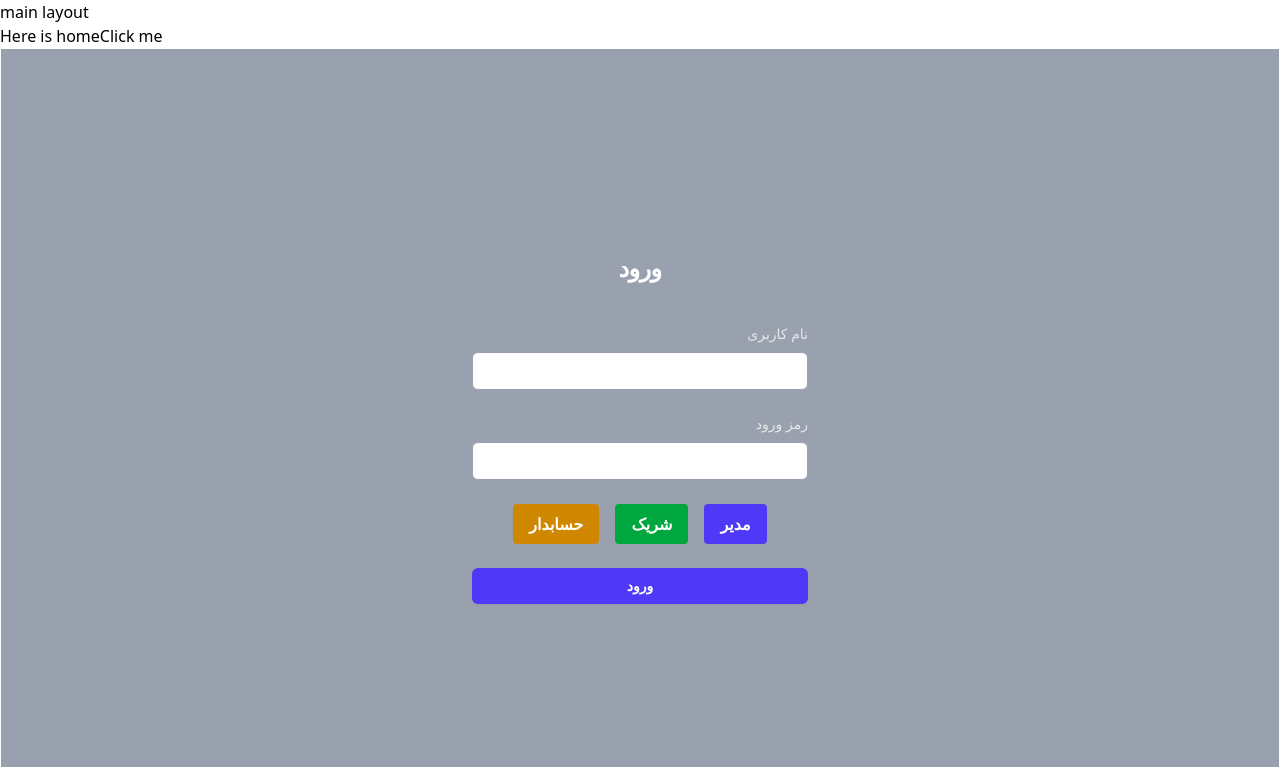
Repository: fuad303/karokhy-frontend
Page: /
These files come from the project's save history. The page is drawn as it stood at one moment and after the next save; the edit follows.
The browser window is 1280 px wide. The pictures show the whole page.
The project was rebuilt for these pictures with package versions that can differ from the ones it lists, and the page was loaded fresh each time. Also part of the build but not shown: vite.config.ts, src/layouts/AuthLayout.tsx.

Above is the page before, as saved 2025-12-08 12:53:32.

### index.html
<!doctype html>
<html lang="en">
  <head>
    <meta charset="UTF-8" />
    <link rel="icon" type="image/svg+xml" href="/vite.svg" />
    <meta name="viewport" content="width=device-width, initial-scale=1.0" />
    <title>karokhyfront</title>
  </head>
  <body>
    <div id="root"></div>
    <script type="module" src="/src/main.tsx"></script>
  </body>
</html>

### src/main.tsx
import { StrictMode } from "react";
import { createRoot } from "react-dom/client";
import "./index.css";
import { RouterProvider } from "react-router-dom";
import { router } from "./router/router";
import { AppProvider } from "./context/Context";

createRoot(document.getElementById("root")!).render(
  <StrictMode>
    <AppProvider>
      <RouterProvider router={router} />
    </AppProvider>
  </StrictMode>
);

### src/router/router.tsx
import { createBrowserRouter } from "react-router-dom";
import MainLayout from "../layouts/MainLayout";
import Home from "../pages/Home";
import Login from "../pages/Login";
import AuthLayout from "../layouts/AuthLayout";
import { Loader } from "../loader/loader";

export const router = createBrowserRouter([
  {
    element: <MainLayout />,
    children: [
      { path: "/", element: <Home />, loader: Loader.dashboardLoader },
    ],
  },
  {
    element: <AuthLayout />,
    children: [{ path: "/login", element: <Login /> }],
  },
]);

### src/context/Context.tsx
/* eslint-disable react-refresh/only-export-components */

import { createContext, useContext, useState } from "react";

interface AppContextInterface {
  backendErrorPopup: boolean;
  setBackendErrorPopup: React.Dispatch<React.SetStateAction<boolean>>;
}

const AppContext = createContext<AppContextInterface | null>(null);

export const AppProvider = ({ children }: { children: React.ReactNode }) => {
  const [backendErrorPopup, setBackendErrorPopup] = useState(false);

  return (
    <AppContext.Provider value={{ backendErrorPopup, setBackendErrorPopup }}>
      {children}
    </AppContext.Provider>
  );
};

export const useApp = () => {
  const ctx = useContext(AppContext);
  if (!ctx) throw new Error("useApp must be used inside AppProvider");
  return ctx;
};

### src/layouts/MainLayout.tsx
import { Outlet } from "react-router-dom";

const MainLayout = () => {
  return (
    <div>
      main layout
      <main>
        <Outlet />
      </main>
    </div>
  );
};

export default MainLayout;

### src/pages/Home.tsx
import { useLoaderData } from "react-router-dom";
import { useApp } from "../context/Context";
import type { HomeInterface } from "../interfaces/home.interface";
import Login from "./Login";

const Home = () => {
  const { backendErrorPopup, setBackendErrorPopup } = useApp();
  const data = useLoaderData<HomeInterface>();

  return (
    <div>
      Here is home
      <button
        onClick={() => {
          setBackendErrorPopup((pre) => !pre);
        }}
      >
        Click me
      </button>
      {backendErrorPopup && <>{data.message}</>}
      <Login />
    </div>
  );
};

export default Home;

### src/pages/Login.tsx
import LoginPage from "../components/LoginPage";

const Login = () => {
  return (
    <>
      <LoginPage />
    </>
  );
};

export default Login;

### src/loader/loader.ts
export class Loader {
  static async dashboardLoader() {
    return {
      status: 200,
      message: "Hello from loader",
    };
  }
}

### src/components/LoginPage.tsx
import React from "react";

function LoginPage() {
  return (
    <div
      className="min-h-screen bg-gray-400 flex items-center justify-center border border-white"
      dir="rtl"
    >
      <div className="flex flex-col justify-center px-6 py-12 sm:w-full sm:max-w-sm">
        <h2 className="mt-10 text-center text-2xl font-bold tracking-tight text-white">
          ورود
        </h2>

        <form action="#" method="POST" className="mt-10 space-y-6">
          <div>
            <label
              htmlFor="username"
              className="block text-sm font-medium text-gray-200 text-right"
            >
              نام کاربری
            </label>
            <div className="mt-2">
              <input
                id="username"
                type="text"
                name="username"
                required
                autoComplete="username"
                className="block w-full rounded-md bg-white px-3 py-2 text-base text-white border border-gray-400 placeholder:text-gray-200 focus:border-indigo-500 focus:outline-none sm:text-sm"
              />
            </div>
          </div>

          <div>
            <label
              htmlFor="password"
              className="block text-sm font-medium text-gray-200 text-right"
            >
              رمز ورود
            </label>
            <div className="mt-2">
              <input
                id="password"
                type="password"
                name="password"
                required
                autoComplete="current-password"
                className="block w-full rounded-md bg-white px-3 py-2 text-base text-white border border-gray-400 placeholder:text-gray-200 focus:border-indigo-500 focus:outline-none sm:text-sm"
              />
            </div>
          </div>

          <div className="flex gap-4 mt-4 justify-center">
            <button
              type="button"
              className="px-4 py-2 bg-indigo-600 text-white font-semibold rounded hover:bg-indigo-500 focus:outline-none focus:ring-2 focus:ring-indigo-400"
            >
              مدیر
            </button>

            <button
              type="button"
              className="px-4 py-2 bg-green-600 text-white font-semibold rounded hover:bg-green-500 focus:outline-none focus:ring-2 focus:ring-green-400"
            >
              شریک
            </button>

            <button
              type="button"
              className="px-4 py-2 bg-yellow-600 text-white font-semibold rounded hover:bg-yellow-500 focus:outline-none focus:ring-2 focus:ring-yellow-400"
            >
              حسابدار
            </button>
          </div>

          <div>
            <button
              type="submit"
              className="flex w-full justify-center rounded-md bg-indigo-600 px-3 py-2 text-sm font-semibold text-white shadow-xs hover:bg-indigo-500 focus-visible:outline-2 focus-visible:outline-offset-2 focus-visible:outline-indigo-600"
            >
              ورود
            </button>
          </div>
        </form>
      </div>
    </div>
  );
}

export default LoginPage;

Loaded but not shown: src/index.css (common file)

After the next save:
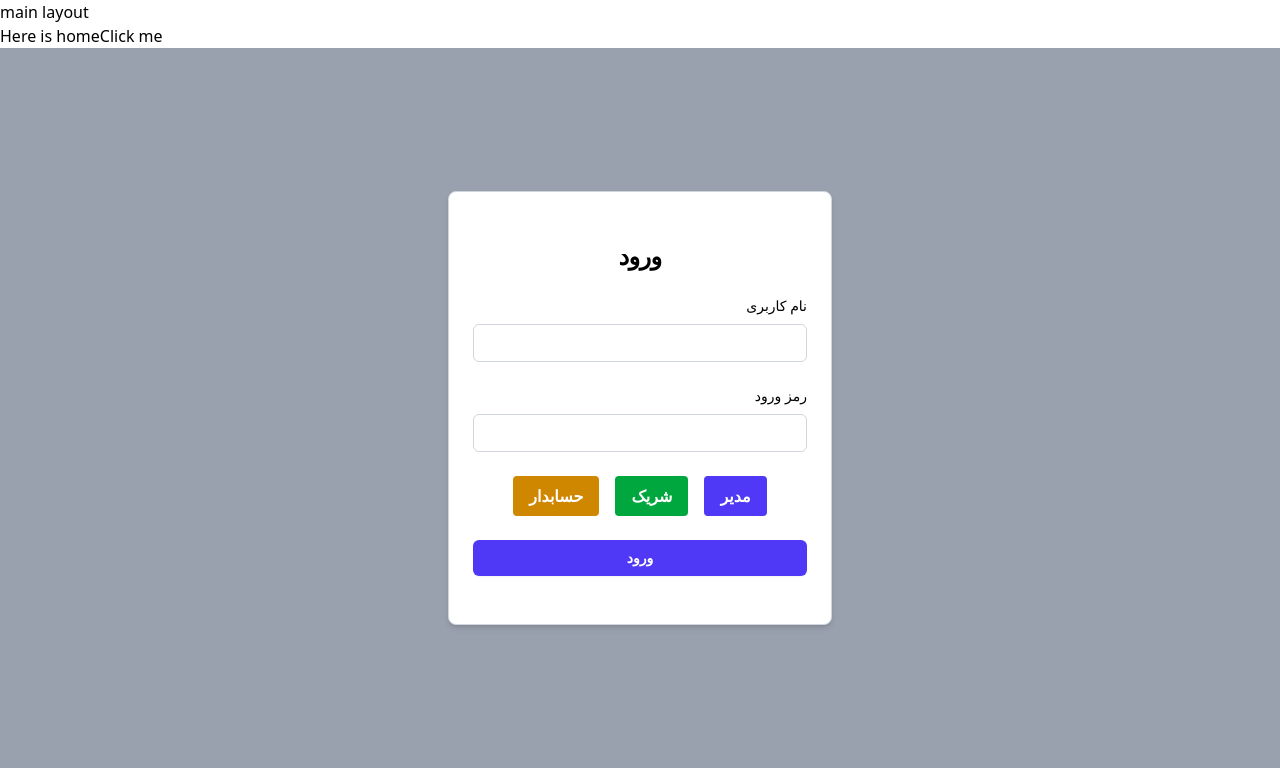
Saved 109 s later.
--- a/src/components/LoginPage.tsx
+++ b/src/components/LoginPage.tsx
@@ -3,19 +3,23 @@ import React from "react";
 function LoginPage() {
   return (
     <div
-      className="min-h-screen bg-gray-400 flex items-center justify-center border border-white"
+      className="min-h-screen bg-gray-400 flex items-center justify-center"
       dir="rtl"
     >
-      <div className="flex flex-col justify-center px-6 py-12 sm:w-full sm:max-w-sm">
-        <h2 className="mt-10 text-center text-2xl font-bold tracking-tight text-white">
+      {/* فرم چایلد با بوردر و پس‌زمینه سفید */}
+      <div className="flex flex-col justify-center px-6 py-12 sm:w-full sm:max-w-sm bg-white border border-gray-300 rounded-lg shadow-md">
+        {/* عنوان */}
+        <h2 className="mt-0 text-center text-2xl font-bold tracking-tight text-black">
           ورود
         </h2>
 
-        <form action="#" method="POST" className="mt-10 space-y-6">
+        {/* فرم */}
+        <form action="#" method="POST" className="mt-6 space-y-6">
+          {/* نام کاربری */}
           <div>
             <label
               htmlFor="username"
-              className="block text-sm font-medium text-gray-200 text-right"
+              className="block text-sm font-medium text-black text-right"
             >
               نام کاربری
             </label>
@@ -26,15 +30,16 @@ function LoginPage() {
                 name="username"
                 required
                 autoComplete="username"
-                className="block w-full rounded-md bg-white px-3 py-2 text-base text-white border border-gray-400 placeholder:text-gray-200 focus:border-indigo-500 focus:outline-none sm:text-sm"
+                className="block w-full rounded-md bg-white px-3 py-2 text-base text-black border border-gray-300 placeholder:text-gray-400 focus:border-blue-500 focus:outline-none sm:text-sm"
               />
             </div>
           </div>
 
+          {/* رمز ورود */}
           <div>
             <label
               htmlFor="password"
-              className="block text-sm font-medium text-gray-200 text-right"
+              className="block text-sm font-medium text-black text-right"
             >
               رمز ورود
             </label>
@@ -45,11 +50,12 @@ function LoginPage() {
                 name="password"
                 required
                 autoComplete="current-password"
-                className="block w-full rounded-md bg-white px-3 py-2 text-base text-white border border-gray-400 placeholder:text-gray-200 focus:border-indigo-500 focus:outline-none sm:text-sm"
+                className="block w-full rounded-md bg-white px-3 py-2 text-base text-black border border-gray-300 placeholder:text-gray-400 focus:border-blue-500 focus:outline-none sm:text-sm"
               />
             </div>
           </div>
 
+          {/* دکمه نقش‌ها */}
           <div className="flex gap-4 mt-4 justify-center">
             <button
               type="button"
@@ -73,6 +79,7 @@ function LoginPage() {
             </button>
           </div>
 
+          {/* دکمه ورود */}
           <div>
             <button
               type="submit"
